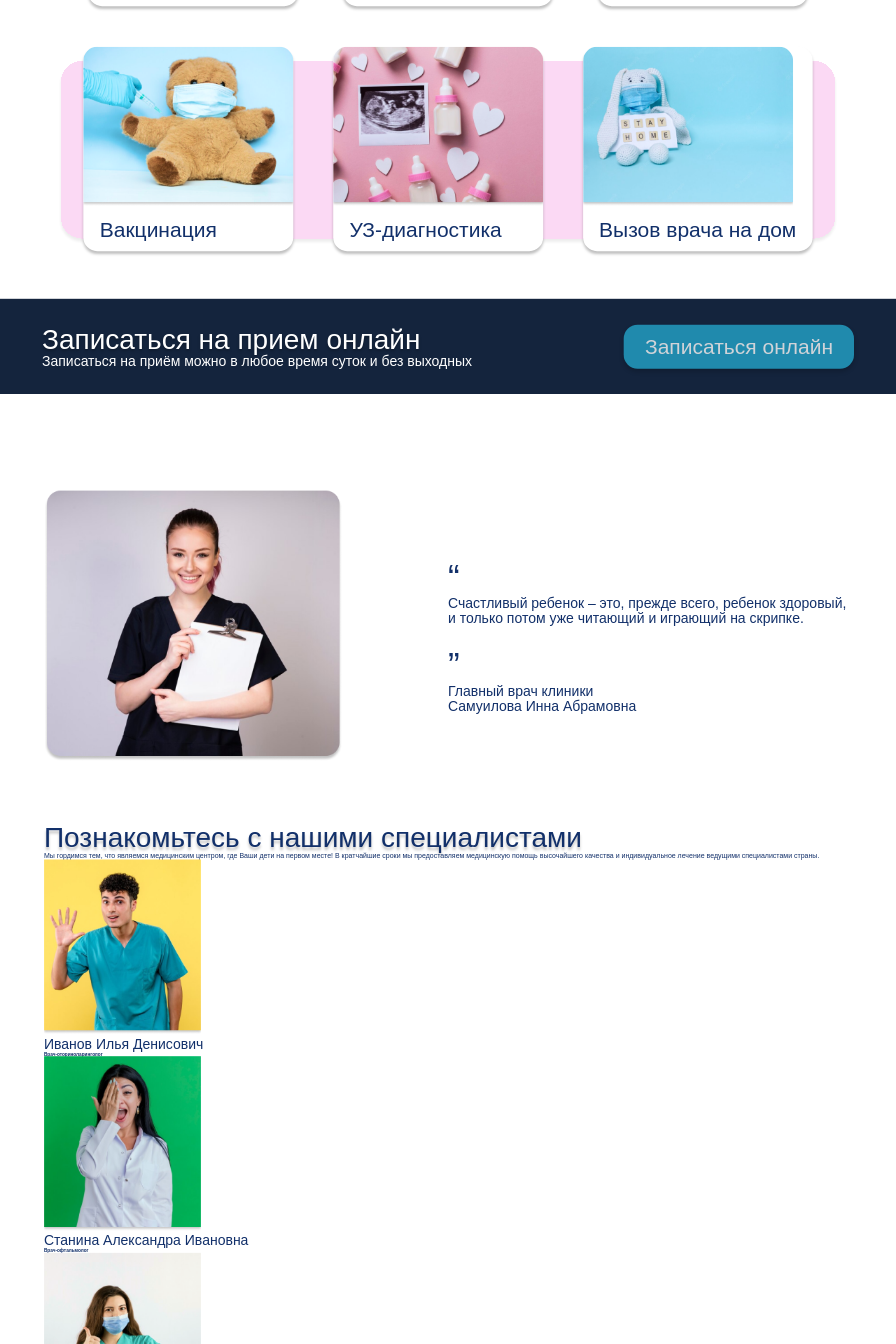
Repository: Normandy72/Landing-Page-Happy-Child
Page: index.html
An editor plug-in stored every save of this project. The page is shown before and after the next save, followed by the edit.
The browser window is 1280 px wide. The pictures show the part of the page from y = 2237 to 4157 px (the page is 8064 px tall), at 70% of full size.
Some web fonts or font styles are not loaded; a fallback is used.

Above is the page before, as saved 2022-11-12 14:26:02.

### index.html
<!DOCTYPE html>
<html lang="en">
<head>
    <meta charset="UTF-8">
    <meta http-equiv="X-UA-Compatible" content="IE=edge">
    <meta name="viewport" content="width=device-width, initial-scale=1.0">
    <link href="https://fonts.googleapis.com/css2?family=Neucha&display=swap" rel="stylesheet">
    <link href="https://fonts.googleapis.com/css2?family=Coustard:wght@400;900&display=swap" rel="stylesheet">
    <link rel="icon" href="resources/icon/stethoscope.ico" sizes="16x16">
    <link rel="icon" href="resources/icon/stethoscope.ico" sizes="32x32">
    <link rel="icon" href="resources/icon/stethoscope.ico" sizes="64x64">
    <link rel="stylesheet" href="styles/main.css">
    <title>Happy Child</title>
</head>

<body>
    <header>
        <div class="wrapper layout-3-columns">
            <a href="#">
                <div class="header__logo"></div>
            </a>
            <nav class="header__navigation">
                <a class = "navigation__link" href="#">Главная</a>
                <a class = "navigation__link" href="#">Услуги</a>
                <a class = "navigation__link" href="#">Врачи</a>
                <a class = "navigation__link" href="#">Новости</a>
                <a class = "navigation__link" href="#">Запись на прием</a>
                <a class = "navigation__link" href="#">Контакты</a>
            </nav>
            <a href="tel: +375291030303">
                <div class="header__phone"></div>
            </a>
        </div>
    </header>

    <main>
        <section class="section__main">
            <div class="wrapper">
                <div class="main__text">
                    <div class="main__logo"></div>
                    <h1>Медицинский центр для детей</h1>
                    <h5>только актуальные рекомендации, основанные на доказательствах</h5>
                    <button class="button button_accented">Записаться на прием</button>
                </div>
            </div>
        </section>

        <section class="section__information wrapper">
            <div class="information__block block__phone">
                <div class="block__icon"></div>
                <h2>Контакты</h2>
                <h3>+375 29 103-03-03</h3>
                <h3>+375 17 103-03-03</h3>
            </div>
            <div class="information__block block__shedule">
                <div class="block__icon"></div>
                <h2>График работы</h2>
                <h3>Пн. - Пт. :    8:00 - 21:00</h3>
                <h3>Сб. - Вс. :    9:00 - 18:00</h3>
            </div>
        </section>

        <section class="section__services">
            <div class="wrapper">
                <h2 class="heading_dark">Наши услуги</h2>
                <div class="divider"></div>
                <div class="services__cards layout-3-columns">
                    <div class="services__card">
                        <img src="resources/img/services/pediatria.png" alt="pediatria">
                        <h4>Педиатрия</h4>
                    </div>

                    <div class="services__card">
                        <img src="resources/img/services/pulmo.png" alt="pulmo">
                        <h4>Пульмонология</h4>
                    </div>

                    <div class="services__card">
                        <img src="resources/img/services/cardio.png" alt="cardio">
                        <h4>Кардиология</h4>
                    </div>
                </div>

                <div class="services__cards layout-3-columns">
                    <div class="services__card">
                        <img src="resources/img/services/lor.png" alt="lor">
                        <h4>Оториноларингология</h4>
                    </div>

                    <div class="services__card">
                        <img src="resources/img/services/allergo.png" alt="allergo">
                        <h4>Аллергология</h4>
                    </div>

                    <div class="services__card">
                        <img src="resources/img/services/surgery.png" alt="surgery">
                        <h4>Хирургия</h4>
                    </div>
                </div>

                <div class="services__cards layout-3-columns">
                    <div class="services__card">
                        <img src="resources/img/services/neuro.png" alt="neuro">
                        <h4>Неврология</h4>
                    </div>

                    <div class="services__card">
                        <img src="resources/img/services/endocryn.png" alt="endocryn">
                        <h4>Эндокринология</h4>
                    </div>

                    <div class="services__card">
                        <img src="resources/img/services/ophtalm.png" alt="ophtalm">
                        <h4>Офтальмология</h4>
                    </div>
                </div>

                <div class="services__cards layout-3-columns">
                    <div class="services__card">
                        <img src="resources/img/services/vaccination.png" alt="vaccination">
                        <h4>Вакцинация</h4>
                    </div>

                    <div class="services__card">
                        <img src="resources/img/services/usd.png" alt="usd">
                        <h4>УЗ-диагностика</h4>
                    </div>

                    <div class="services__card">
                        <img src="resources/img/services/stayhome.png" alt="stayhome">
                        <h4>Вызов врача на дом</h4>
                    </div>
                </div>
            </div>
        </section>

        <section class="section__addition">
            <div class="wrapper addition__info layout-2-columns">
                <div class="addition__text">
                    <h2>Записаться на прием онлайн</h2>
                    <h5>Записаться на приём можно в любое время суток и без выходных</h5>
                </div>
                <button class="button button_standart">Записаться онлайн</button>
            </div>
        </section>

        <section class="wrapper section__chief layout-2-columns">
            <div class="chief__foto"></div>
            <div class="chief__text">
                <div class="text__lines">
                    <div class="lines__line"></div>
                    <p>“</p>
                    <div class="lines__line"></div>
                </div>
                <h5>Счастливый ребенок – это, прежде всего, ребенок здоровый, и только потом уже читающий
                и играющий на скрипке.</h5>
                <div class="text__lines">
                    <div class="lines__line"></div>
                    <p>”</p>
                    <div class="lines__line"></div>
                </div>
                <h5>Главный врач клиники</h5>
                <div class="chief__logo"></div>
                <h5>Самуилова Инна Абрамовна</h5>
            </div>
        </section>

        <section class="wrapper section__doctors">
            <h2 class="heading_dark">Познакомьтесь с нашими специалистами</h2>
            <p>Мы гордимся тем, что являемся медицинским центром, где Ваши дети на первом месте!
                В кратчайшие сроки мы предоставляем медицинскую помощь высочайшего качества и индивидуальное лечение ведущими специалистами страны. </p>
            <div class="doctors__arrays">
                <div></div>
                <div></div>
            </div>
            <div class="doctors__cards">
                <div class="doctors__card">
                    <img src="resources/img/doctors/ivanov1.png" alt="ivanov1">
                    <h5>Иванов Илья Денисович</h5>
                    <h6>Врач-оториноларинголог</h6>
                </div>

                <div class="doctors__card">
                    <img src="resources/img/doctors/stanina1.png" alt="stanina1">
                    <h5>Станина Александра Ивановна</h5>
                    <h6>Врач-офтальмолог</h6>
                </div>

                <div class="doctors__card">
                    <img src="resources/img/doctors/tkachenko1.png" alt="tkachenko1">
                    <h5>Ткаченко Антонина Львовна</h5>
                    <h6>Врач-невролог</h6>
                </div>

                <div class="doctors__card">
                    <img src="resources/img/doctors/savenko1.png" alt="savenko1">
                    <h5>Савенко Алина Викторовна</h5>
                    <h6>Врач-педиатр</h6>
                </div>

                <div class="doctors__card">
                    <img src="resources/img/doctors/krotov1.png" alt="krotov1">
                    <h5>Кротов Алексей Геннадьевич</h5>
                    <h6>Врач-хирург</h6>
                </div>

                <div class="doctors__card">
                    <img src="resources/img/doctors/karpovich1.png" alt="karpovich1">
                    <h5>Карпович Анна Игоревна</h5>
                    <h6>Врач-кардиолог</h6>
                </div>

                <div class="doctors__card">
                    <img src="resources/img/doctors/akulich1.png" alt="akulich1">
                    <h5>Акулич Олег Васильевич</h5>
                    <h6>Врач-эндокринолог</h6>
                </div>

                <div class="doctors__card">
                    <img src="resources/img/doctors/astapenko1.png" alt="astapenko1">
                    <h5>Астапенко Ирина Эдуардовна</h5>
                    <h6>Врач УЗ-диагностики</h6>
                </div>
            </div>
        </section>

        <section>
            <div class="section__lines">
                <div></div>
                <div></div>
                <div></div>
            </div>
            <div class="wrapper section__news">
                <h2 class="heading_dark">Новости</h2>
                <div class="news_card">
                    <img src="resources/img/news/news1.png" alt="news1">
                    <h4>25. 07. 2022   15 : 00</h4>
                    <h3>Всемирный день здоровья полости рта</h3>
                    <h5>Взрослея, организм ребенка испытывает множество изменений. В честь Всемирного дня здоровья полости рта наши стоматологи расскажут родителям и детям, как заботиться о зубах и деснах в разных возрастных периодах, какие средства использовать, чтобы смена молочных зубов прошла легко и безболезненно, и еще много-много полезного!</h5>
                    <a href="#">Подробнее...</a>
                </div>

                <div class="news_card">
                    <img src="resources/img/news/news2.png" alt="news1">
                    <h4>27. 07. 2022   13 : 30</h4>
                    <h3>Европейская неделя иммунизации</h3>
                    <h5>Знаете ли Вы, что иммунизация является единственным и надежным способом борьбы с эпидемиологическими заболеваниями, такими как корь, полиомиелит, эпидемический паротит и др.? В рамках Европейской недели иммунизации врач-педиатр Савенко Алина Викторовна познакомит Вас с текущим календарем профилактических прививок и ответит на все волнующие Вас вопросы! </h5>
                    <a href="#">Подробнее...</a>
                </div>

                <div class="news_card">
                    <img src="resources/img/news/news3.png" alt="news1">
                    <h4>28. 07. 2022    16 : 00</h4>
                    <h3>Международный день офтальмологии</h3>
                    <h5>Ухудшение зрения может лишить человека возможности заниматься любимым делом. Хорошо, что современная офтальмология обладает широкими возможностями для лечения многих заболеваний глаз.  Приходите к нам в Международный день офтальмологии и узнайте, что рекомендуют специалисты для профилактии заболеваний глаз.</h5>
                    <a href="#">Подробнее...</a>
                </div>
            </div>
        </section>

        <section class="section__addition">
            <div class="wrapper addition__info layout-2-columns">
                <div class="addition__text">
                    <h2>Подписаться на рассылку</h2>
                    <h5>Будьте в курсе новостей !</h5>
                </div>
                <form class="addition__form">
                    <input class = "addition__input" type="text" value="Email">
                    <button class="button button_standart">Подписаться</button>
                </form>
            </div>
        </section>

        <section class="wrapper section__callback">
            <div class="callback__form">
                <h2 class="heading_dark">Остались вопросы?</h2>
                <h5>Оставьте заявку, мы Вам перезвоним!</h5>
                <form action="">
                    <input class="callback__input" type="text" value="Ваше имя">
			        <input class="callback__input" type="tel" placeholder="Номер телефона" pattern="+375(29,17,33,44)[0-9]{3}-[0-9]{2}-[0-9]{2}" required>
			        <select class="callback__input" name="menu" size="1">
				        <option>Желаемая услуга</option>
				        <option value="ped">Педиатрия</option>
				        <option value="pulmo">Пульмонология</option>
				        <option value="cardio">Кардиология</option>
				        <option value="lor">Оториноларингология</option>
				        <option value="allergo">Аллергология</option>
				        <option value="surg">Хирургия</option>
				        <option value="neuro">Неврология</option>
				        <option value="endocryn">Эндокринология</option>
				        <option value="ophtalm">Офтальмология</option>
				        <option value="vaccin">Вакцинация</option>
				        <option value="usd">УЗ-диагностика</option>
				        <option value="stayhome">Вызов врача на дом</option>
			        </select>
			        <input class="callback__input" type="date" value="2022-01-01" min="2022-01-01" max="2022-12-31">
                    <label class="callback__checkbox">
                        <input type="checkbox">
                        Я даю согласие на хранение и обработку персональных данных
                    </label>
			        <button class="button button_standart">Оставить заявку</button>
                </form>
            </div>
            <div class="callback__photo"></div>
        </section>

        <section class="wrapper section__contacts">
            <h2 class="heading_dark">Ждем Вас в нашем центре !</h2>
            <div class="contacts__info">
                <h3>Контакты</h3>
                <h5>Мы находимся по адресу:</h5>
                <h4>г. Минск, ул. Матусевича, 70</h4>
                <h5>Связаться:</h5>
                <a href="tel: +375291030303">+375 29 103-03-03</a>
                <a href="tel: +375171030303">+375 17 103-03-03</a>
                <h5>Мы в соц. сетях:</h5>
                <div class="contacts__social">
                    <a href="#"></a>
                </div>
                <div class="contacts__social">
                    <a href="#"></a>
                </div>
                <div class="contacts__social">
                    <a href="#"></a>
                </div>
            </div>
            <div class="contacts__map">
                <iframe src="https://www.google.com/maps/embed?pb=!1m18!1m12!1m3!1d2349.7572817965843!2d27.4501670158107!3d53.91828888010291!2m3!1f0!2f0!3f0!3m2!1i1024!2i768!4f13.1!3m3!1m2!1s0x46dbc52f35b245d3%3A0x98f1d72de22c93c4!2z0YPQu9C40YbQsCDQnNCw0YLRg9GB0LXQstC40YfQsCA3MCwg0JzQuNC90YHQug!5e0!3m2!1sru!2sby!4v1659879735812!5m2!1sru!2sby" width="50%" height="562px" style="border:0;" allowfullscreen="" loading="lazy" referrerpolicy="no-referrer-when-downgrade"></iframe>
            </div>
        </section>
    </main>

    <footer>
        <div class="wrapper">
            <h5>ООО “HappyChild” © 2022</h5>
            <a href="#">Политика конфиденциальности</a>
        </div>
    </footer>
</body>
</html>

### styles/main.css
@import url(base.css);
@import url(buttons.css);
@import url(footer.css);
@import url(form.css);
@import url(header.css);
@import url(headings.css);
@import url(layouts.css);
@import url(links.css);
@import url(section_addition.css);
@import url(section_chief.css);
@import url(section_information.css);
@import url(section_main.css);
@import url(section_services.css);
@import url(variables.css);

### styles/base.css
*{
    margin: 0;
    padding: 0;
    box-sizing: border-box;
}

html{
    scroll-behavior: smooth;
}

body{
    font-family: var(--main-font);
    font-size: 10px;
    color: var(--text-dark-color);
}

.wrapper{
    max-width: 1180px;
    min-width: 480px;
    padding: 0 1%;
    margin: auto;
}

.divider{
    width: 100%;
}

### styles/buttons.css
.button{
    border-radius: 20px;
    border: none;
    filter: drop-shadow(0px 4px 4px rgba(0, 0, 0, 0.25));
    padding: 15px 30px;
    opacity: 0.8;

    font-family: var(--main-font);
    font-style: normal;
    font-weight: 400;
    font-size: var(--buttons-font-size);
    line-height: 33px;
    display: flex;
    align-items: center;
    text-align: center;
    color: var(--buttons-text-color);
}

.button_accented{
    background-color: var(--accented-button-color);
}

.button_standart{
    background-color: var(--standart-button-color);
}

.button:hover{
    cursor: pointer;
    opacity: 1;
}

### styles/header.css
header{
    width: 100%;
    background-color: var(--header-color);
    box-shadow: var(--shadow);
    position: fixed;
    top: 0;
    z-index: 2;
}

header .wrapper{
    padding-top: 30px;
    padding-bottom: 20px;
}

.header__logo{
    background-image: url(../resources/icon/HappyChild_small.svg);
    background-repeat: no-repeat;
    width: 136px;
    height: 31px;
}

.header__logo:hover{
    transform: scale(1.2);
    transition-duration: 0.5s;
}

.header__navigation{
    display: flex;
    align-items: center;
    justify-content: space-between;
}

.navigation__link{
    padding-right: 25px;
}

.header__phone{
    background-image: url(../resources/icon/phone.svg);
    background-repeat: no-repeat;
    width: 32px;
    height: 32px;
}

.header__phone:hover{
    transform: scale(1.2);
    transition-duration: 0.5s;
}

### styles/headings.css
h1{
    font-size: var(--h1-font-size);
    font-style: normal;
    font-weight: 400;
    line-height: 50px;
}

h2{
    font-size: var(--h2-font-size);
    font-style: normal;
    font-weight: 400;
    line-height: 42px;
    text-shadow: var(--shadow);
}

h3{
    font-size: var(--h3-font-size);
    font-style: normal;
    font-weight: 400;
    line-height: 37px;
}

h4{
    font-size: var(--h4-font-size);
    font-style: normal;
    font-weight: 400;
    line-height: 32px;
}

h5{
    font-size: var(--h5-font-size);
    font-style: normal;
    font-weight: 400;
    line-height: 22px;
}

h6{

}

### styles/layouts.css
.layout-3-columns{
    display: flex;
    align-items: center;
    justify-content: space-between;
    flex-wrap: wrap;
    flex-basis: 33%;
}

.layout-2-columns{
    display: flex;
    align-items: center;
    justify-content: space-between;
    flex-wrap: wrap;
    flex-basis: 45%;
}

### styles/links.css
a{
    text-decoration: none;
    color: var(--links-color);
    text-shadow: var(--shadow);
    font-size: var(--links-font-size);
}

a:hover{
    cursor: pointer;
    color: var(--links-hover-color);
    transition: var(--transition);
}

### styles/section_addition.css
.section__addition{
    color: var(--text-ligth-color);
    background-color: var(--added-blocks-color);
}

.addition__info{
    padding: 36px 10px;
}

### styles/section_chief.css
.section__chief{
    padding-top: 138px;
    padding-bottom: 88px;
}

.chief__foto{
    background-image: url(../resources/img/doctors/chief1.png);
    background-repeat: no-repeat;
    background-size: cover;
    width: 426px;
    height: 386px;
}

.chief__text{
    width: 50%;
}

.text__lines{
    padding-top: 30px;;
}

.text__lines p{
    font-family: var(--second-font);
    font-style: normal;
    font-weight: 400;
    font-size: 50px;
    line-height: 52px;
}

### styles/section_information.css
.section__information{
    margin-top: -15px;
    display: flex;
    justify-content: center;
    color: var(--text-ligth-color);
    margin-bottom: 150px;
}

.information__block{
    width: 40%;
    background-color: var(--added-blocks-color);
    padding: 35px 60px 35px 100px;
}

.information__block h2{
    margin: -55px 0 40px 80px;
}

.block__phone{
    border-radius: 30px 30px 0 30px;
    margin-right: 10px;
}

.block__shedule{
    border-radius: 30px 30px 30px 0;
    margin-left: 10px;
}

.block__icon{
    background-size: contain;
    background-repeat: no-repeat;
}

.block__phone .block__icon{
    width: 63px;
    height: 63px;
    background-image: url(../resources/icon/phone.svg);
}

.block__shedule .block__icon{
    width: 70px;
    height: 70px;
    background-image: url(../resources/icon/watch.svg);
}

### styles/section_main.css
.section__main{
    width: 100%;
    height: 750px;
    background-image: url(../resources/img/girl.jpg);
    background-size: cover;
    background-repeat: no-repeat;
}

.main__text{
    padding-top: 165px;
    width: 540px;
    display: flex;
    flex-direction: column;
    align-items: center;
}

.main__logo{
    background-image: url(../resources/icon/HappyChild_big.png);
    background-repeat: no-repeat;
    width: 388px;
    height: 99px;
    margin-bottom: 5px;
}

.main__text h1{
    padding-bottom: 15px;
    text-shadow: var(--shadow);
}

.main__text h5{
    padding-bottom: 65px;
    text-shadow: var(--shadow);
}

### styles/section_services.css
.section__services .layout-3-columns{
    justify-content: space-evenly;
}

.section__services h2{
    display: block;
    margin: -60px 0 40px 42%;
}

.services__cards{
    background-image: url(../resources/img/line.svg);
    background-position: center;
    background-repeat: no-repeat;
    margin-bottom: 68px;
}

.services__card{
    background-color: var(--cards-color);
    border-radius: 20px;
    box-shadow: var(--shadow);
    margin-top: -10px;
}

.services__card img{
    border-radius: 20px 20px 0 0;
}

.services__card h4{
    padding: 15px 23px;
}

.services__card:hover{
    transform: scale(1.1);
    transition-duration: 0.5s;
    cursor: pointer;
}

### styles/variables.css
:root{
    /* fonts */
    --main-font: 'Neucha', Arial, cursive;
    --second-font:'Coustard', Arial;

    /* font sizes */
    --h1-font-size: 45px;
    --h2-font-size: 40px;
    --h3-font-size: 35px;
    --h4-font-size: 30px;
    --h5-font-size: 20px;
    --links-font-size: 25px;
    --buttons-font-size: 30px;

    /* colors */
    --header-color: rgba(35, 164, 201, 0.9);
    --links-color:  #FFFFFF;
    --links-hover-color: #12306A;
    --text-dark-color:#12306A;
    --text-ligth-color:#FFFFFF;
    --buttons-text-color: #FFFFFF;
    --accented-button-color: hsl(313, 94%, 45%);
    --standart-button-color:rgba(35, 164, 201);
    --added-blocks-color: #14243D;
    --cards-color: white;

    /* transition */
    --transition: all .3s ease-out;

    /* Other */
    --shadow: 0px 4px 4px rgba(0, 0, 0, 0.25);
}

Loaded but not shown: styles/footer.css (no copy from this time; the picture is the same without it); styles/form.css (no copy from this time; the picture is the same without it)

After the next save:
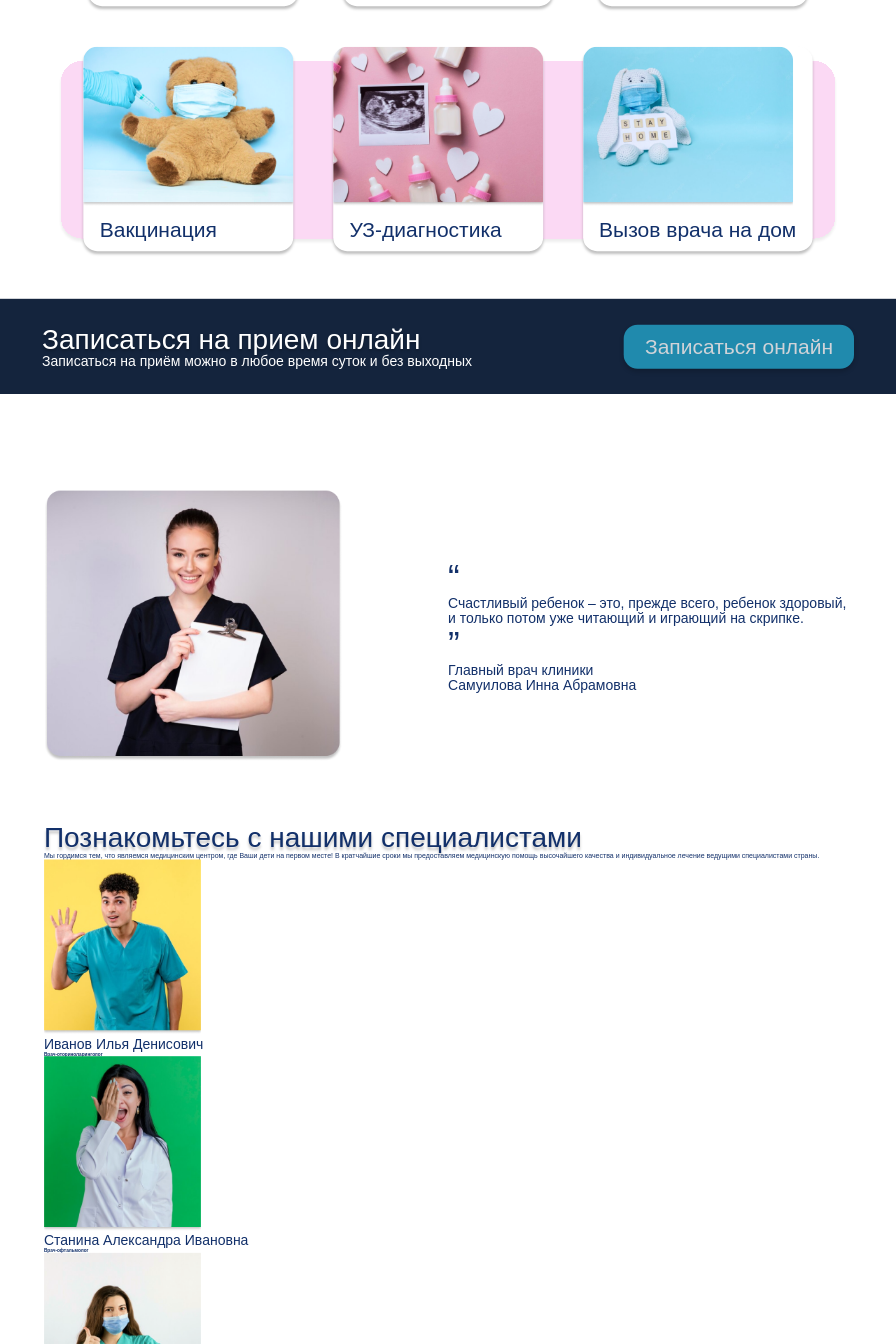
Saved 39 s later.
--- a/styles/section_chief.css
+++ b/styles/section_chief.css
@@ -15,8 +15,8 @@
     width: 50%;
 }
 
-.text__lines{
-    padding-top: 30px;;
+.text__lines:nth-child(2){
+    padding-top: 30px;
 }
 
 .text__lines p{
